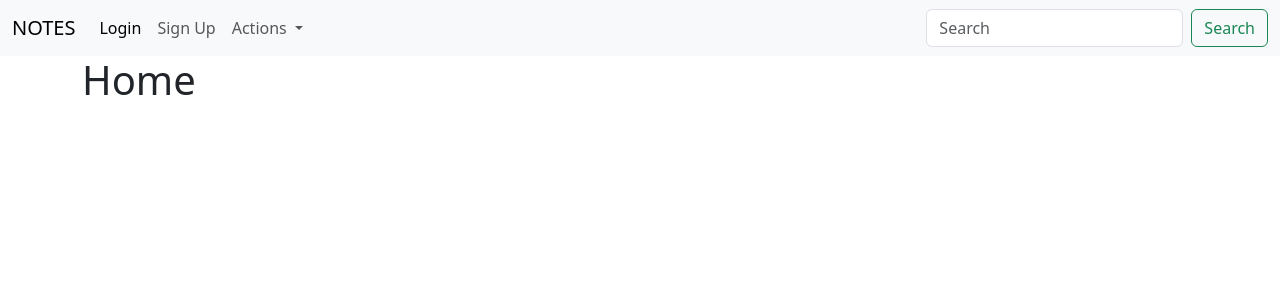
Repository: Qu4ntumGuy/flask-notes
Page: http://localhost/
These files come from the project's save history. The page is drawn as it stood at one moment and after the next save; the edit follows.
The browser window is 1280 px wide. The pictures show the whole page.
The page is served by the project's application, run on Flask 3 (website/__init__.py).

Above is the page before, as saved 2024-05-30 19:10:32.

After the next save:
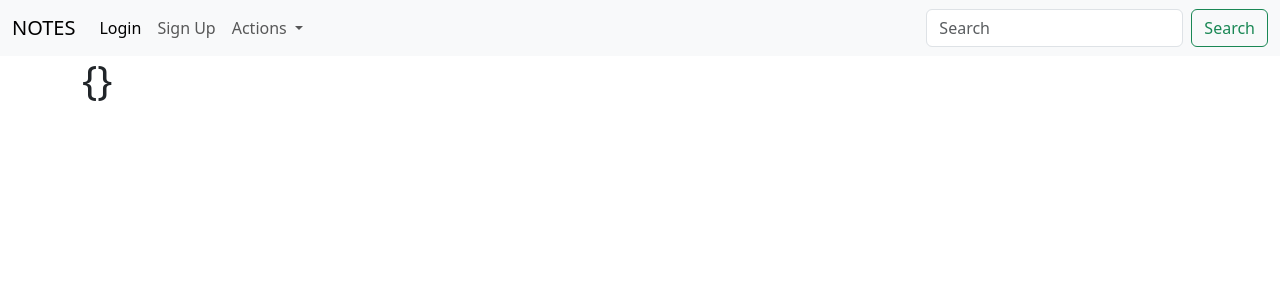
Saved 28 s later.
--- a/website/templates/home.html
+++ b/website/templates/home.html
@@ -1,5 +1,5 @@
-{%extends "index.html" %} {% block title %} Changed {% endblock %}
+{%extends "index.html" %} {% block title %} title {% endblock %}
 
 {% block content %}
-<h1>Home</h1>
+<h1>{}</h1>
 {% endblock %}
